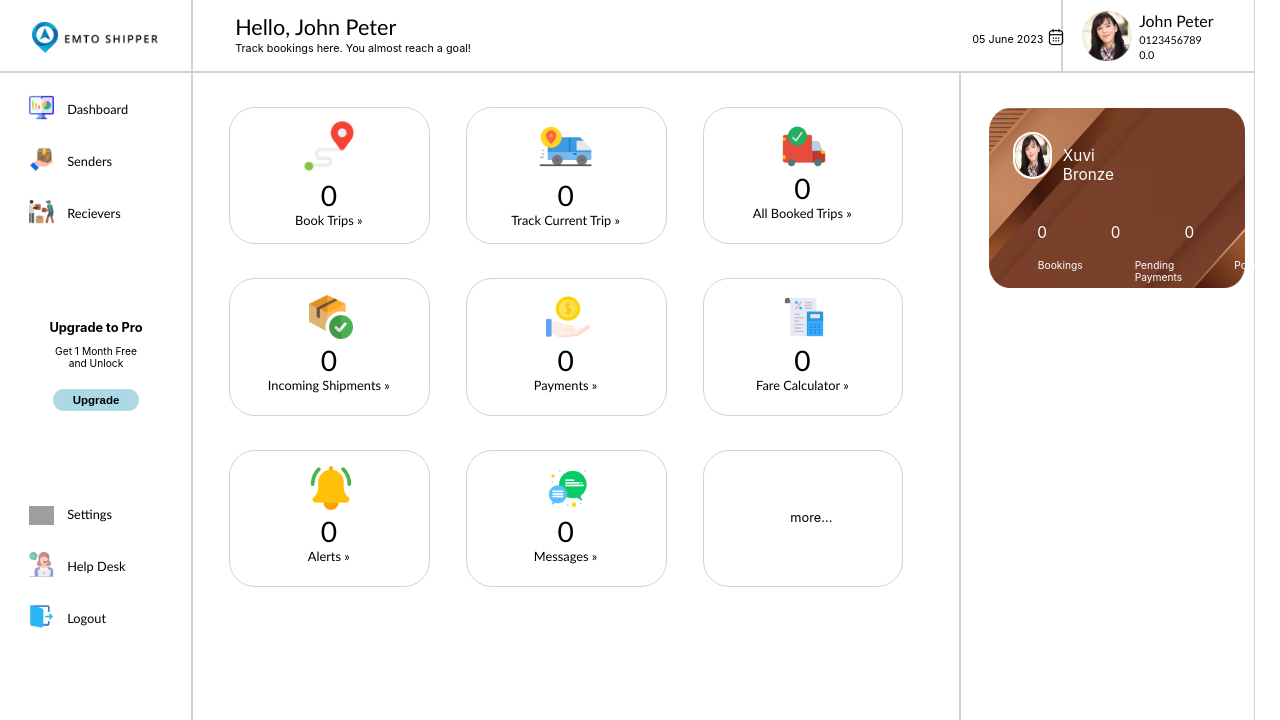
Repository: RoshanArun/Emto-Web
Page: /dashboard (app in emto/reactfirst/)
The author's editor kept a copy of each file at every save. The page is drawn from the files as they stood at one save, then again after the next save.
The browser window is 1280 px wide. The pictures show the whole page.
Pictures or frames that could not be fetched are drawn as grey boxes. The project was rebuilt for these pictures with package versions that can differ from the ones it lists, and the page was loaded fresh each time. Also part of the build but not shown: emto/reactfirst/src/pages/SignUp/SignUp.css, emto/reactfirst/src/pages/SignUp/SignUp.js, emto/reactfirst/src/pages/Login/Login.js.

Above is the page before, as saved 2023-07-30 02:15:08.

After the next save:
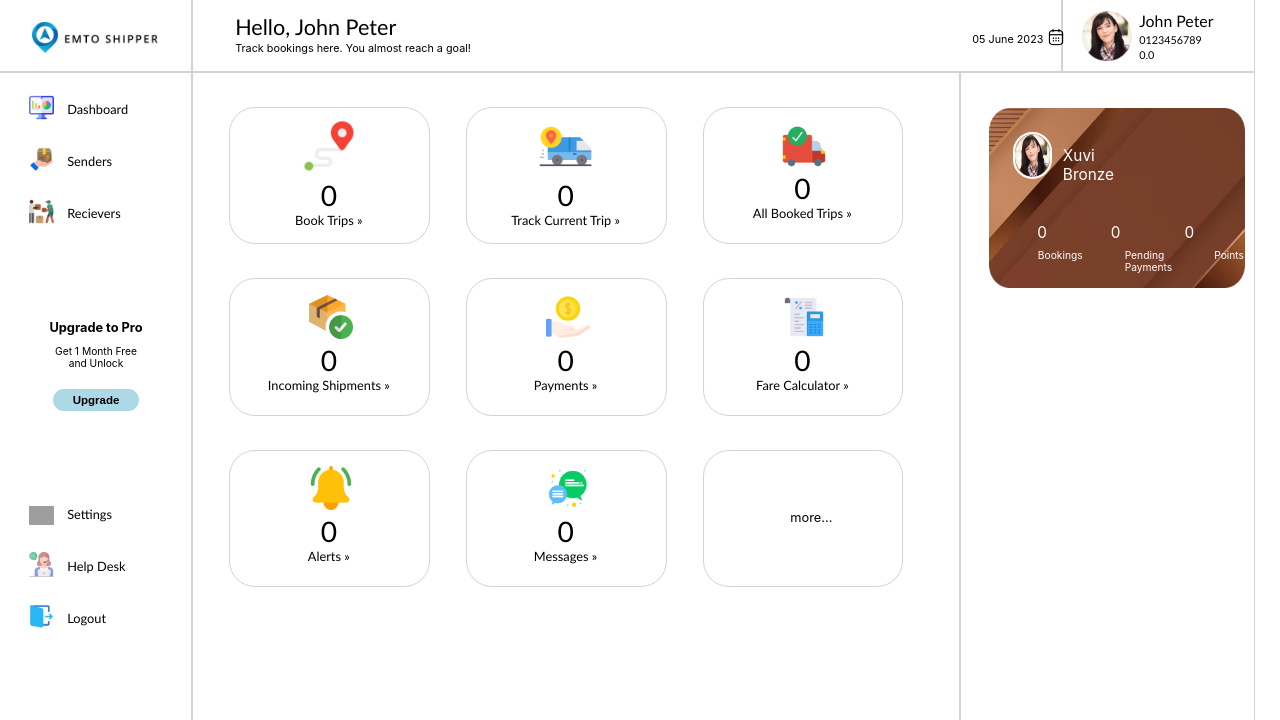
Saved 8 s later.
--- a/emto/reactfirst/src/pages/DashBoard/DashBoard.css
+++ b/emto/reactfirst/src/pages/DashBoard/DashBoard.css
@@ -279,7 +279,7 @@
   margin-right: 2.5vw;
   font-size: .8vw;
   color: white;
-  padding: 10px;
+  padding-left: 10px;
  }
 
 .box2{
